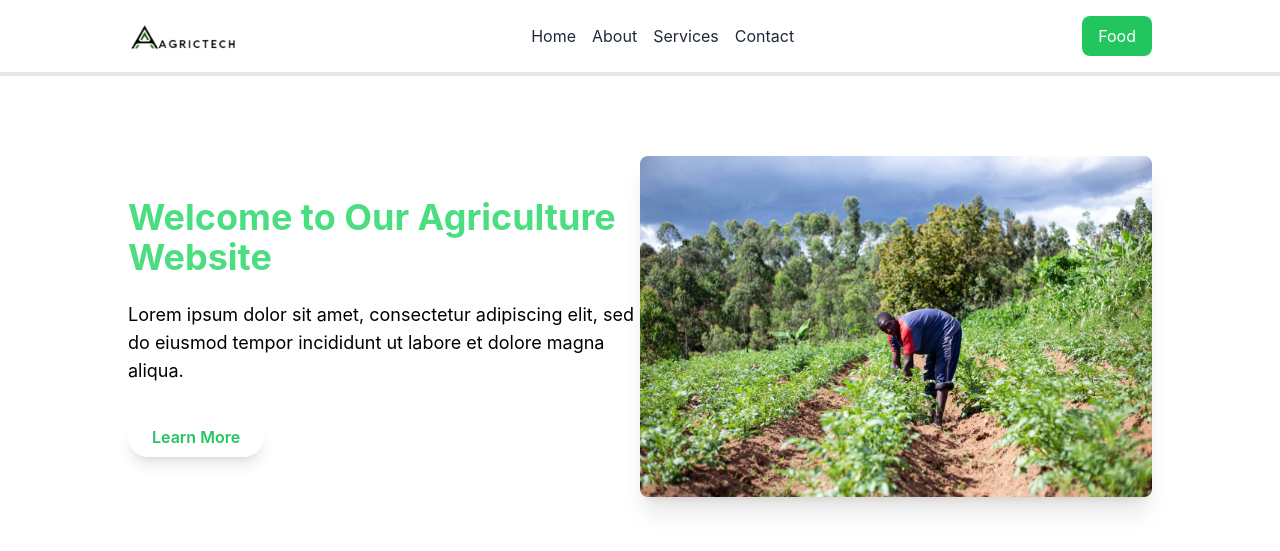
Repository: akinolapo/agric-tech
Page: /
The author's editor kept a copy of each file at every save. The page is drawn from the files as they stood at one save, then again after a run of saves.
The browser window is 1280 px wide. The pictures show the whole page.
The project was rebuilt for these pictures with package versions that can differ from the ones it lists, and the page was loaded fresh each time.

Above is the page before, as saved 2023-05-27 00:10:31.

After the next 2 saves:
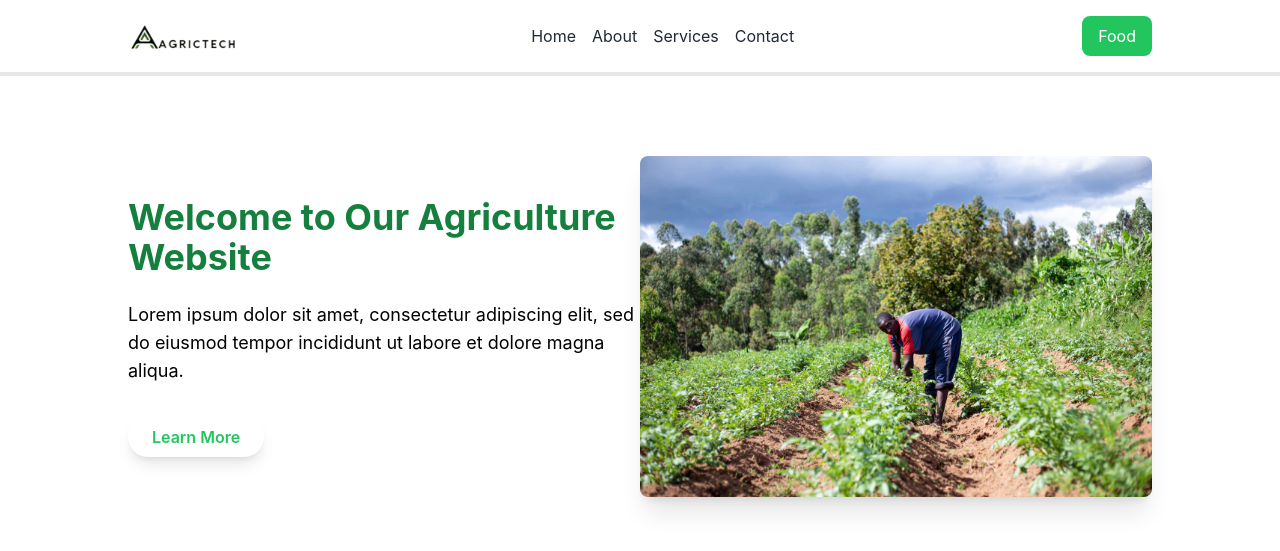
The 2 saves are shown as one change because they came seconds apart.
The last was saved 12 s later.
--- a/src/components/Hero.jsx
+++ b/src/components/Hero.jsx
@@ -5,7 +5,7 @@ const Hero = () => {
     <section className="bg-white text-black py-20 px-5 sm:px-32">
       <div className="container mx-auto flex flex-col lg:flex-row items-center">
         <div className="lg:w-1/2">
-          <h1 className="text-4xl font-bold mb-6 text-green-400">Welcome to Our Agriculture Website</h1>
+          <h1 className="text-4xl font-bold mb-6 text-green-700">Welcome to Our Agriculture Website</h1>
           <p className="text-lg mb-8">Lorem ipsum dolor sit amet, consectetur adipiscing elit, sed do eiusmod tempor incididunt ut labore et dolore magna aliqua.</p>
           <button className="bg-white text-green-500 py-2 px-6 rounded-full font-semibold shadow-lg hover:shadow-xl transition duration-300">Learn More</button>
         </div>
